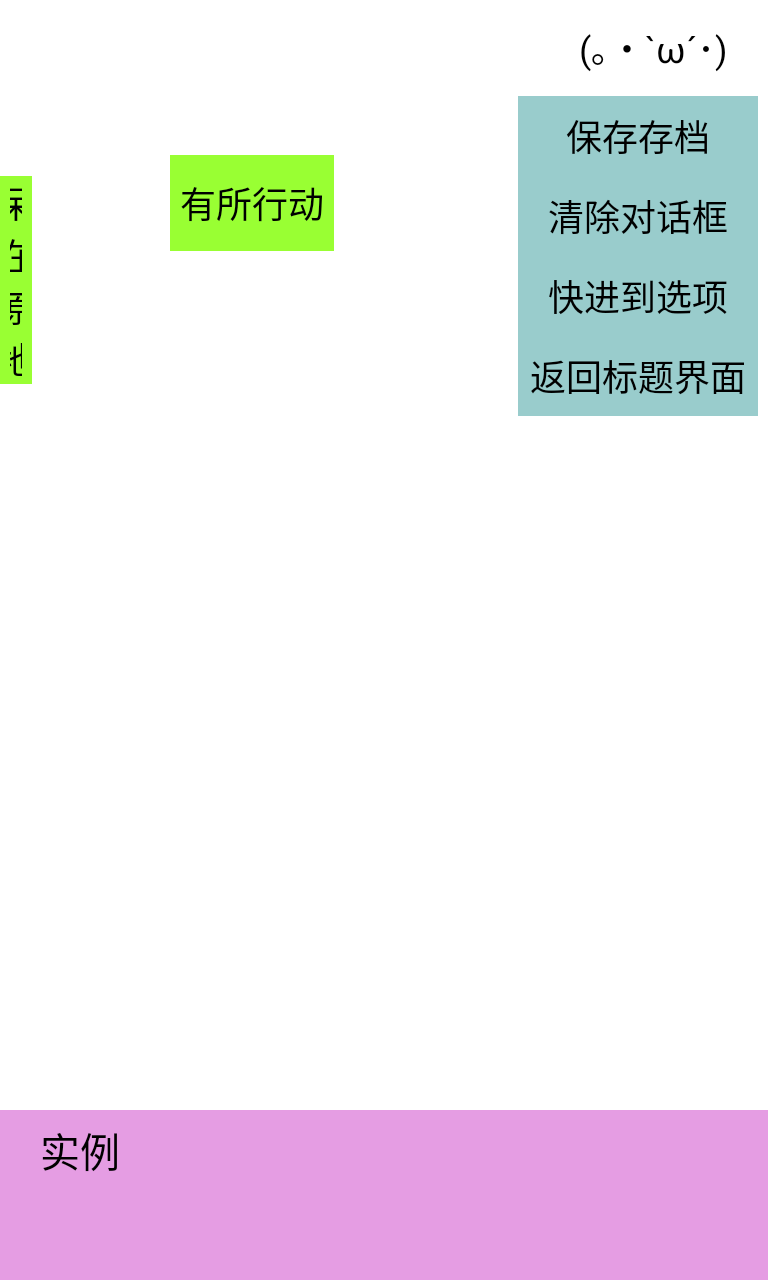
Repository: GuardLDW/HERO
Layout: GuardLDW/res/layout/game.xml
These files come from the project's save history. The layout is drawn as it stood at one moment and after the next save; the edit follows.
It is drawn on a 768 x 1280 px phone screen (xhdpi) without system bars, with theme AppTheme; the app's code is not run.

Above is the layout before, as saved 2016-12-07 11:43:34.

After the next save:
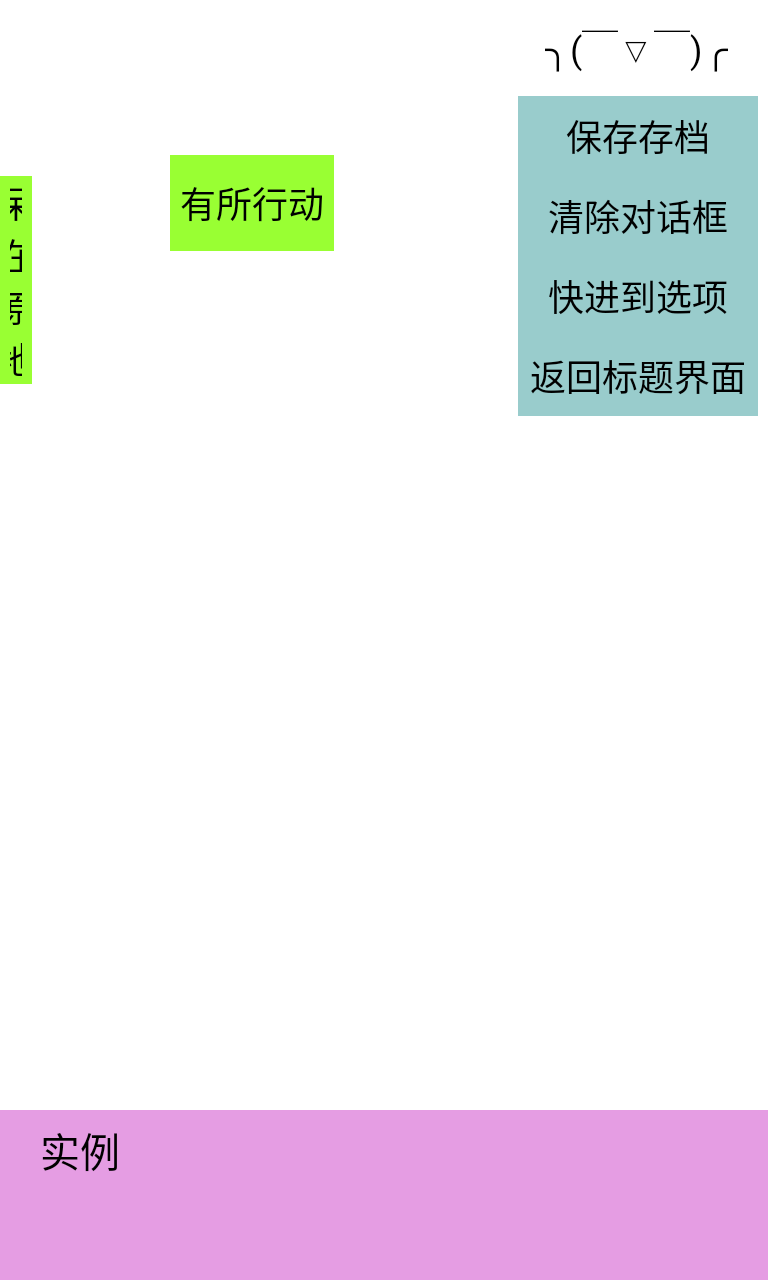
Saved 1 s later.
--- a/GuardLDW/res/layout/game.xml
+++ b/GuardLDW/res/layout/game.xml
@@ -31,7 +31,7 @@
         android:layout_height="wrap_content"
         android:layout_alignParentRight="true"
         android:layout_alignParentTop="true"
-        android:text="(｡・`ω´･)"
+        android:text="╮(￣▽￣)╭"
         android:layout_marginRight="20dp"
         android:background="#00FFFFFF"/>
 
